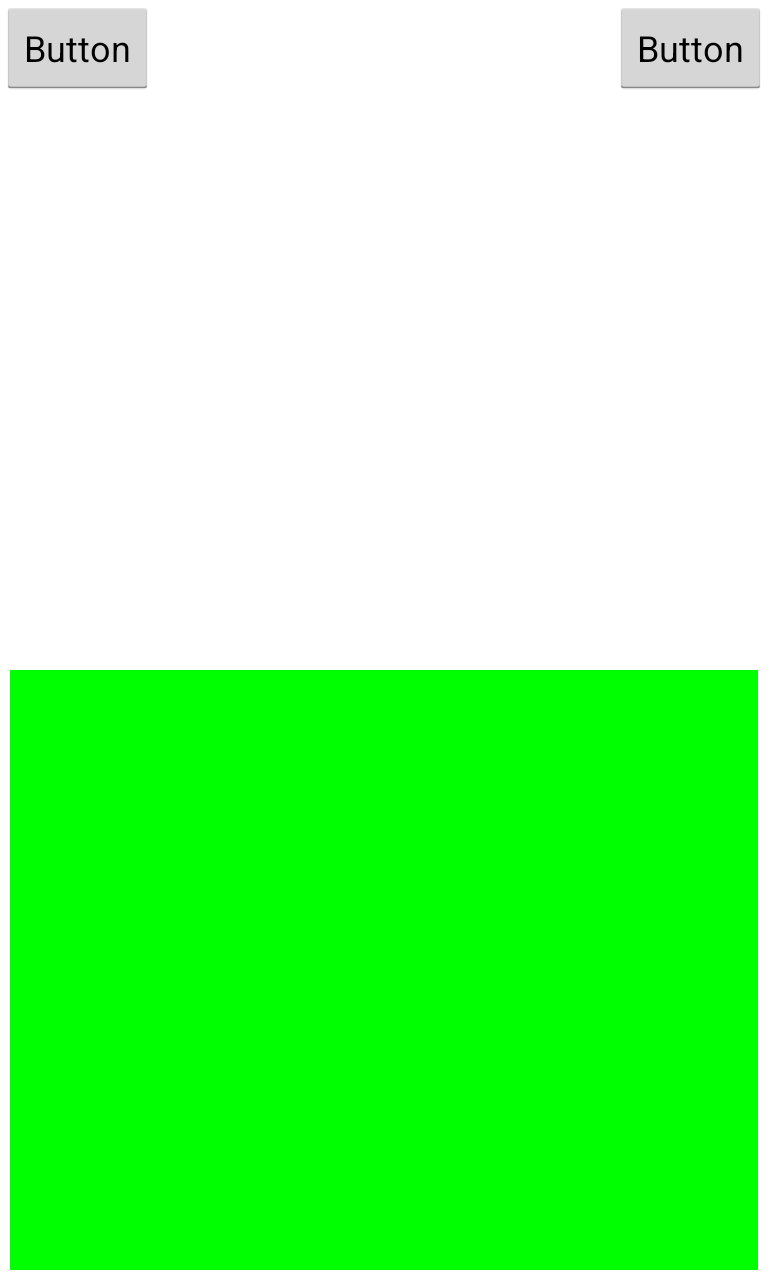
Repository: gyshankar/android
Layout: Test4/res/layout/activity_main.xml
An editor plug-in stored every save of this project. The layout is shown before and after the next save, followed by the edit.
It is drawn on a 768 x 1280 px phone screen (xhdpi) without system bars, with theme AppTheme; the app's code is not run. Lists and similar views that code fills are empty.

Above is the layout before, as saved 2014-04-21 02:15:56.

After the next save:
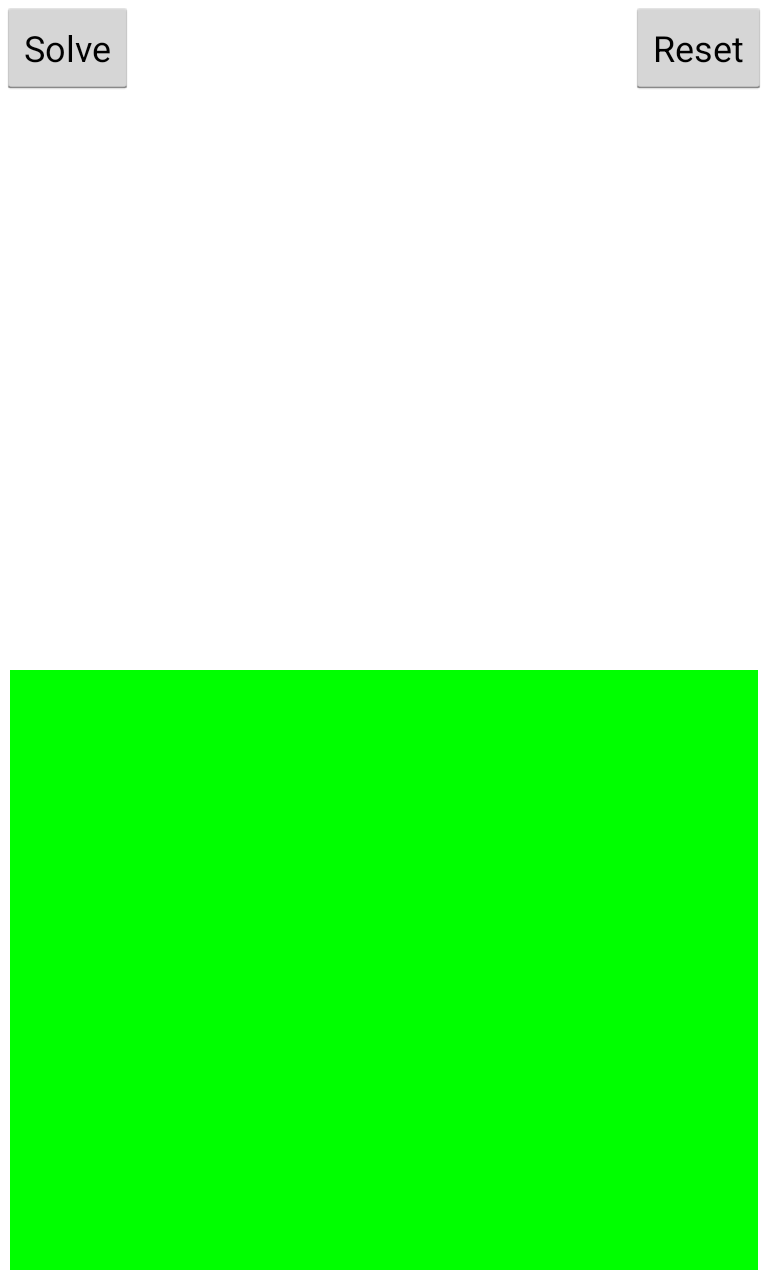
Saved 40 s later.
--- a/Test4/res/layout/activity_main.xml
+++ b/Test4/res/layout/activity_main.xml
@@ -11,7 +11,7 @@
 	    android:layout_height="wrap_content"
 	    android:layout_alignParentTop="true"
 	    android:layout_alignParentRight="true"
-	    android:text="Button" />
+	    android:text="@string/reset_button" />
 
 	<Button
 	    android:id="@+id/button2"
@@ -19,7 +19,7 @@
 	    android:layout_height="wrap_content"
 	    android:layout_alignParentLeft="true"
 	    android:layout_alignParentTop="true"
-	    android:text="Button" />
+	    android:text="@string/solve_button" />
 
 	<GridView
 	    android:id="@+id/gridView1"
